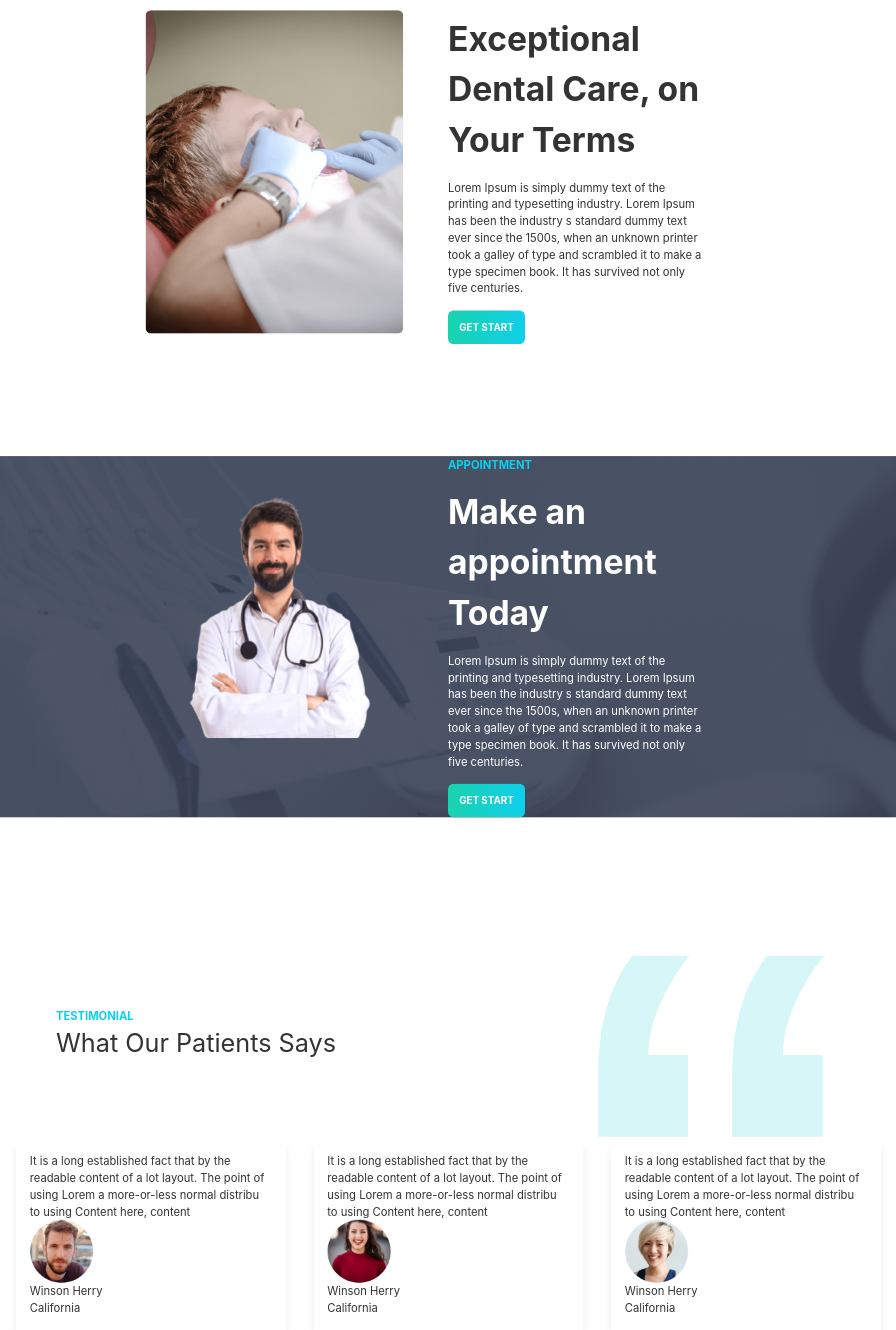
Repository: shikubro90/doctorsportal
Page: /
An editor plug-in stored every save of this project. The page is shown before and after a run of saves, followed by the edit.
The browser window is 1280 px wide. The pictures show the part of the page from y = 1792 to 3712 px (the page is 3692 px tall before and 3712 px after), at 70% of full size.
The project was rebuilt for these pictures with package versions that can differ from the ones it lists, and the page was loaded fresh each time. Also part of the build but not shown: src/App.css, src/Pages/About/About.jsx.

Above is the page before, as saved 2022-10-02 10:07:35.

### src/App.js
import { Route, Routes } from 'react-router-dom';
import './App.css';
import About from './Pages/About/About';
import Home from './Pages/Home/Home';
import Navbar from './Shared/Navbar';

function App() {
  return (
    <div className="App">
      <Navbar/>
      <Routes>
        <Route path='/' element={<Home/>}/>
        <Route path='/home' element={<Home/>}/>
        <Route path='/about' element={<About/>}/>
      </Routes>
    </div>
  );
}

export default App;

### src/Pages/Home/Home.jsx
import React from 'react'
import AppointmentSection from './AppointmentSection'
import Banner from './Banner'
import BasicInfo from './BasicInfo'
import ServiceSection from './ServiceSection'
import TestimonialSection from './TestimonialSection'

const Home = () => {
  return (
    <div>
      <Banner />
      <BasicInfo/>
      <ServiceSection/>
      <AppointmentSection/>
      <TestimonialSection/>
    </div>
  )
}

export default Home

### src/Shared/Navbar.jsx
import React from 'react'
import { Link } from 'react-router-dom'

const Navbar = () => {
  return (
    <div className="px-20">
      <div className="navbar bg-base-100">
        <div className="navbar-start">
          <div className="dropdown">
            <label tabIndex={0} className="btn btn-ghost lg:hidden">
              <svg
                xmlns="http://www.w3.org/2000/svg"
                className="h-5 w-5"
                fill="none"
                viewBox="0 0 24 24"
                stroke="currentColor"
              >
                <path
                  strokeLinecap="round"
                  strokeLinejoin="round"
                  strokeWidth="2"
                  d="M4 6h16M4 12h8m-8 6h16"
                />
              </svg>
            </label>
            <ul
              tabIndex={0}
              className="menu menu-compact dropdown-content mt-3 p-2 shadow bg-base-100 rounded-box w-52"
            >
              <li>
                <Link to="/home">Home</Link>
              </li>
              <li>
                <Link to="/about">About</Link>
              </li>
              <li>
                <Link to="/appointment">Appointment</Link>
              </li>
              <li>
                <Link to="/review">Reviews</Link>
              </li>
              <li>
                <Link to="/contact">Contact Us</Link>
              </li>
              <li>
                <Link to="/contact">Login</Link>
              </li>
            </ul>
          </div>
          <Link to="/" className='btn btn-ghost normal-case text-xl'>Doctors Portal</Link>
        </div>

        <div className="navbar-center hidden lg:flex">

          <ul className="menu menu-horizontal p-0 pl-20">
            <li>
              <Link to="/home">Home</Link>
            </li>
            <li>
              <Link to="/about">About</Link>
            </li>
            <li>
              <Link to="/appointment">Appointment</Link>
            </li>
            <li>
              <Link to="/review">Reviews</Link>
            </li>
            <li>
              <Link to="/contact">Contact Us</Link>
            </li>
            <li>
              <Link to="/contact">Login</Link>
            </li>
          </ul>

        </div>

      </div>

    </div>
  )
}

export default Navbar

### src/Pages/Home/AppointmentSection.jsx
import React from 'react'
import AppointmentCard from './AppointmentCard'

import { appointment } from '../../assets/resourse/Resourse.js'

const AppointmentSection = () => {
  return (
    <div>
      {appointment.map(
        ({ id, image, title, desc, style, button_text, shortTitle }) => {
          return (
            <AppointmentCard
              key={id}
              image={image}
              title={title}
              desc={desc}
              style={style}
              button_text={button_text}
              shortTitle={shortTitle}
            />
          )
        },
      )}
    </div>
  )
}

export default AppointmentSection

### src/Pages/Home/Banner.jsx
import React from 'react'
import heroImage from '../../assets/images/chair.png'
import ButtonPrimary from '../../Shared/ButtonPrimary'
import bg from '../../assets/images/bg.png'

function Banner() {
  return (
    <div>
      <div
        className="hero min-h-screen"
        style={{ background: `url(${bg})`, backgroundSize: 'cover' }}
      >
        <div className="hero-content flex flex-col lg:flex-row-reverse">
          <img
            src={heroImage}
            className="max-w-lg rounded-lg shadow-2xl"
            alt="bannerImage"
          />
          <div className="px-6">
            <h1 className="text-5xl font-bold uppercase">
              Your New Smile Starts Here
            </h1>
            <p className="py-6 ">
              Provident cupiditate voluptatem et in. Quaerat fugiat ut assumenda
              excepturi exercitationem quasi. In deleniti eaque aut repudiandae
              et a id nisi.
            </p>
            <ButtonPrimary>{'Get Started'}</ButtonPrimary>
          </div>
        </div>
      </div>
    </div>
  )
}

export default Banner

### src/Pages/Home/BasicInfo.jsx
import MiniCard from './MiniCard'
import { miniCard } from '../../assets/resourse/Resourse.js'

const BasicInfo = () => {
  return (
    <div className="flex items-center justify-center gap-5 px-5">
      {miniCard.map(({ id, icon, title, style, disc }) => {
        return (
          <MiniCard
            key={id}
            icon={icon}
            title={title}
            style={style}
            disc={disc}
          />
        )
      })}
    </div>
  )
}

export default BasicInfo

### src/Pages/Home/ServiceSection.jsx
import MiniServiceCard from './MiniServiceCard'
import { serviceMiniCard } from '../../assets/resourse/Resourse'

const ServiceSection = () => {
  return (
    <div className="serviceWrapp pt-40">
      <div className="flex items-center justify-center flex-col">
        <p className="text-primary font-bold uppercase">Our Service</p>
        <h2 className="text-3xl my-5">Service We Provide</h2>
      </div>
      <div className="flex items-center justify-center px-5 gap-5">
        {serviceMiniCard.map(({ id, icon, title, disc, style }) => {
          return (
            <MiniServiceCard
              key={id}
              icon={icon}
              title={title}
              disc={disc}
              style={style}
            />
          )
        })}
      </div>
    </div>
  )
}

export default ServiceSection

### src/Pages/Home/TestimonialSection.jsx
import React from 'react'
import TestimonialCard from './TestimonialCard'
import quote from '../../assets/icons/quote.svg'
import { testimonial } from '../../assets/resourse/Resourse.js'

const TestimonialSection = () => {
  return (
    <div className="testimonial">
      <div className="testimonialWrap">
        <div className="content">
          <div className="header flex items-center justify-between px-20">
            <div className="header_left">
              <div className="shortTitle uppercase text-primary font-bold">
                Testimonial
              </div>
              <div className="text-[36px]">What Our Patients Says</div>
            </div>
            <div className="header_right">
              <img src={quote} alt="quote" />
            </div>
          </div>
          <div className="body flex items-center justify-center gap-10">
            {testimonial.map(({ id, title, image, name, country, desc }) => {
              return (
                <TestimonialCard
                  key={id}
                  title={title}
                  image={image}
                  name={name}
                  country={country}
                  desc={desc}
                />
              )
            })}
          </div>
        </div>
      </div>
    </div>
  )
}

export default TestimonialSection

### src/Pages/Home/AppointmentCard.jsx
import ButtonPrimary from '../../Shared/ButtonPrimary'


const AppointmentCard = (props) => {

  const { image, title, desc, style, button_text, shortTitle } = props

  return (
    <section className={`my-[160px]`} style={{background: `url(${style})`}}>
      <div className={`wrapper flex items-center px-52 ${style}`}>
        <div className="image flex-1">
          <img className={`rounded-lg ${style && "mt-[-60px]"}`} src={image} alt="bannerImage" />
        </div>
        <div className="details flex-1 flex justify-center flex-col px-16 gap-5">
          <div className="shortTitle uppercase text-primary font-bold">{shortTitle}</div>
          <div className={`title font-bold text-[48px] ${style && "text-white"}`}>{title}</div>
          <div className={`desc ${style && "text-white"}`}>{desc}</div>
          <ButtonPrimary>{button_text}</ButtonPrimary>
        </div>
      </div>
    </section>
  )
}

export default AppointmentCard

### src/assets/resourse/Resourse.js
import clock from '../icons/clock.svg'
import marker from '../icons/marker.svg'
import phone from '../icons/phone.svg'

import cavity from '../images/cavity.png'
import fluorid from '../images/fluoride.png'
import whitening from '../images/whitening.png'

import doctor from '../images/doctor-small.png'
import treatment from '../images/treatment.png'

import bgImage from '../images/appointment.png'


import people1 from '../images/people1.png'
import people2 from '../images/people2.png'
import people3 from '../images/people3.png'

export const miniCard = [
  {
    id: 0,
    icon: clock,
    title: 'Opening Hours',
    disc: 'Lorem Ipsum is simply dummy text of the pri',
    style: 'bg-gradient-to-r from-secondary to-primary text-white',
  },

  {
    id: 1,
    icon: marker,
    title: 'Visit our location',
    disc: 'Lorem Ipsum is simply dummy text of the pri',
    style: 'bg-[#3A4256] text-white',
  },

  {
    id: 2,
    icon: phone,
    title: 'Contact us now',
    disc: 'Lorem Ipsum is simply dummy text of the pri',
    style: 'bg-gradient-to-r from-secondary to-primary text-white',
  },
]

export const serviceMiniCard = [
  {
    id: 0,
    icon: cavity,
    title: 'Fluoride Treatment',
    disc:
      'Lorem Ipsum is simply dummy printing and typesetting indust Ipsum has been the',
    style: '',
  },
  {
    id: 1,
    icon: fluorid,
    title: 'Cavity Filling',
    disc:
      'Lorem Ipsum is simply dummy printing and typesetting indust Ipsum has been the',
    style: '',
  },
  {
    id: 2,
    icon: whitening,
    title: 'Teeth Whitening',
    disc:
      'Lorem Ipsum is simply dummy printing and typesetting indust Ipsum has been the',
    style: '',
  },
]

export const appointment = [
  {
    id: 0,
    image: treatment,
    title: 'Exceptional Dental Care, on Your Terms',
    desc:
      'Lorem Ipsum is simply dummy text of the printing and typesetting industry. Lorem Ipsum has been the industry s standard dummy text ever since the 1500s, when an unknown printer took a galley of type and scrambled it to make a type specimen book. It has survived not only five centuries.',
    button_text: 'Get Start',
    style: '',
  },
  {
    id: 1,
    image: doctor,
    shortTitle: 'Appointment',
    title: 'Make an appointment Today',
    desc:
      'Lorem Ipsum is simply dummy text of the printing and typesetting industry. Lorem Ipsum has been the industry s standard dummy text ever since the 1500s, when an unknown printer took a galley of type and scrambled it to make a type specimen book. It has survived not only five centuries.',
    button_text: 'Get Start',
    style: bgImage,
  },
]

export const testimonial = [
    {
        id : 0,
        desc : "It is a long established fact that by the readable content of a lot layout. The point of using Lorem a more-or-less normal distribu to using Content here, content",
        image : people1,
        name : "Winson Herry",
        country : "California"
    },
    {
        id : 1,
        desc : "It is a long established fact that by the readable content of a lot layout. The point of using Lorem a more-or-less normal distribu to using Content here, content",
        image : people2,
        name : "Winson Herry",
        country : "California"
    },
    {
        id : 2,
        desc : "It is a long established fact that by the readable content of a lot layout. The point of using Lorem a more-or-less normal distribu to using Content here, content",
        image : people3,
        name : "Winson Herry",
        country : "California"
    },
]

### src/Shared/ButtonPrimary.jsx
function ButtonPrimary({ children }) {

  return (
    <div>
      <button className={`btn bg-gradient-to-r from-secondary to-primary border-none font-bold text-white`}>
        {children}
      </button>
    </div>
  )
}

export default ButtonPrimary

### src/Pages/Home/MiniCard.jsx
const MiniCard = (props) => {
  const { icon, title, style, disc } = props
  return (
    <div
      className={`card card-side bg-base-100 shadow-xl flex items-center justify-center px-4 ${style}`}
    >
      <div className="">
        <img src={icon} alt="icon" />
      </div>
      <div className="card-body">
        <h2 className="card-title">{title}</h2>
        <p>{disc}</p>
      </div>
    </div>
  )
}

export default MiniCard

### src/Pages/Home/MiniServiceCard.jsx
const MiniServiceCard = (props) => {
  const { icon, title, disc } = props
  return (
    <div className="cardWrapper flex flex-col items-center justify-center p-6 py-20  gap-5 shadow-lg rounded-lg">
      <div className="icon">
        <img src={icon} alt="" />
      </div>
      <div className="title">{title}</div>
      <div className="desc text-center px-16">{disc}</div>
    </div>
  )
}

export default MiniServiceCard

### src/Pages/Home/TestimonialCard.jsx
import React from 'react'

const TestimonialCard = (props) => {
    const {desc,image, name, country} = props
  return (
    <div className='mainCard w-[385px] shadow-lg p-5'>
        <div className="CardBody flex flex-col">
            <div className="desc">
                <p>{desc}</p>
            </div>
            <div className="bio">
                <img src={image} alt="" />
                <div className="info">
                    <h4>{name}</h4>
                    <p>{country}</p>
                </div>
            </div>
        </div>
    </div>
  )
}

export default TestimonialCard

### tailwind.config.js
/** @type {import('tailwindcss').Config} */

module.exports = {
  content: ['./src/**/*.{js,jsx,ts,tsx}'],
  theme: {},
  daisyui: {
    themes: [
      {
        doctorstheme: {
          primary: '#0FCFEC',
          secondary: '#19D3AE',
          accent: '#3A4256',
          neutral: '#3d4451',
          'base-100': '#ffffff',
        },
      },
      'light',
      'cupcake',
    ],
  },
  plugins: [require('daisyui')],
}

Loaded but not shown: public/index.html (common file); src/index.js (common file); src/index.css (common file); src/reportWebVitals.js (common file)

After the next 3 saves:
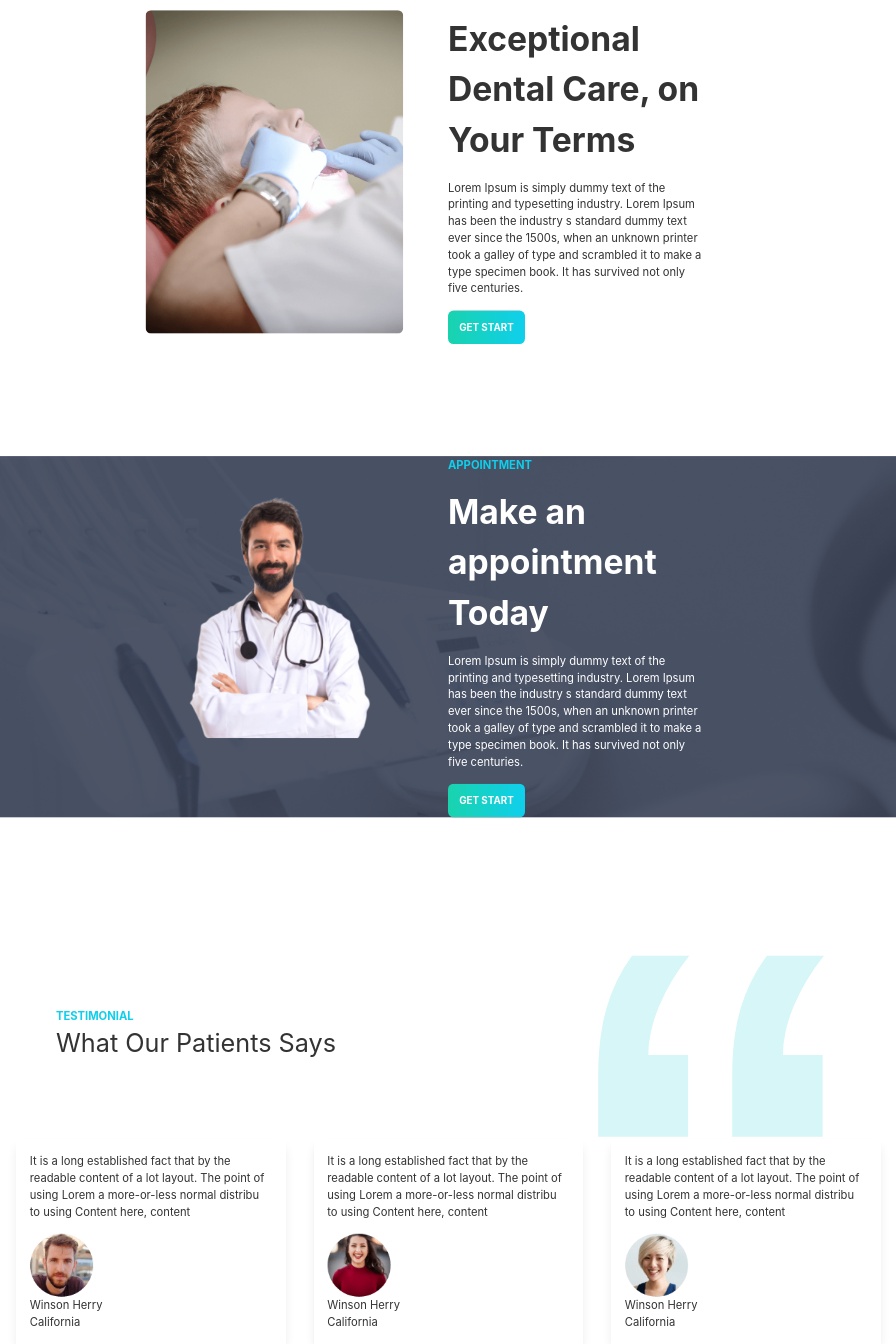
The 3 saves are shown as one change because they came seconds apart.
The last was saved 57 s later.
--- a/src/Pages/Home/TestimonialCard.jsx
+++ b/src/Pages/Home/TestimonialCard.jsx
@@ -4,7 +4,7 @@
     const {desc,image, name, country} = props
   return (
     <div className='mainCard w-[385px] shadow-lg p-5'>
-        <div className="CardBody flex flex-col">
+        <div className="CardBody flex flex-col gap-5">
             <div className="desc">
                 <p>{desc}</p>
             </div>

After the save that followed:
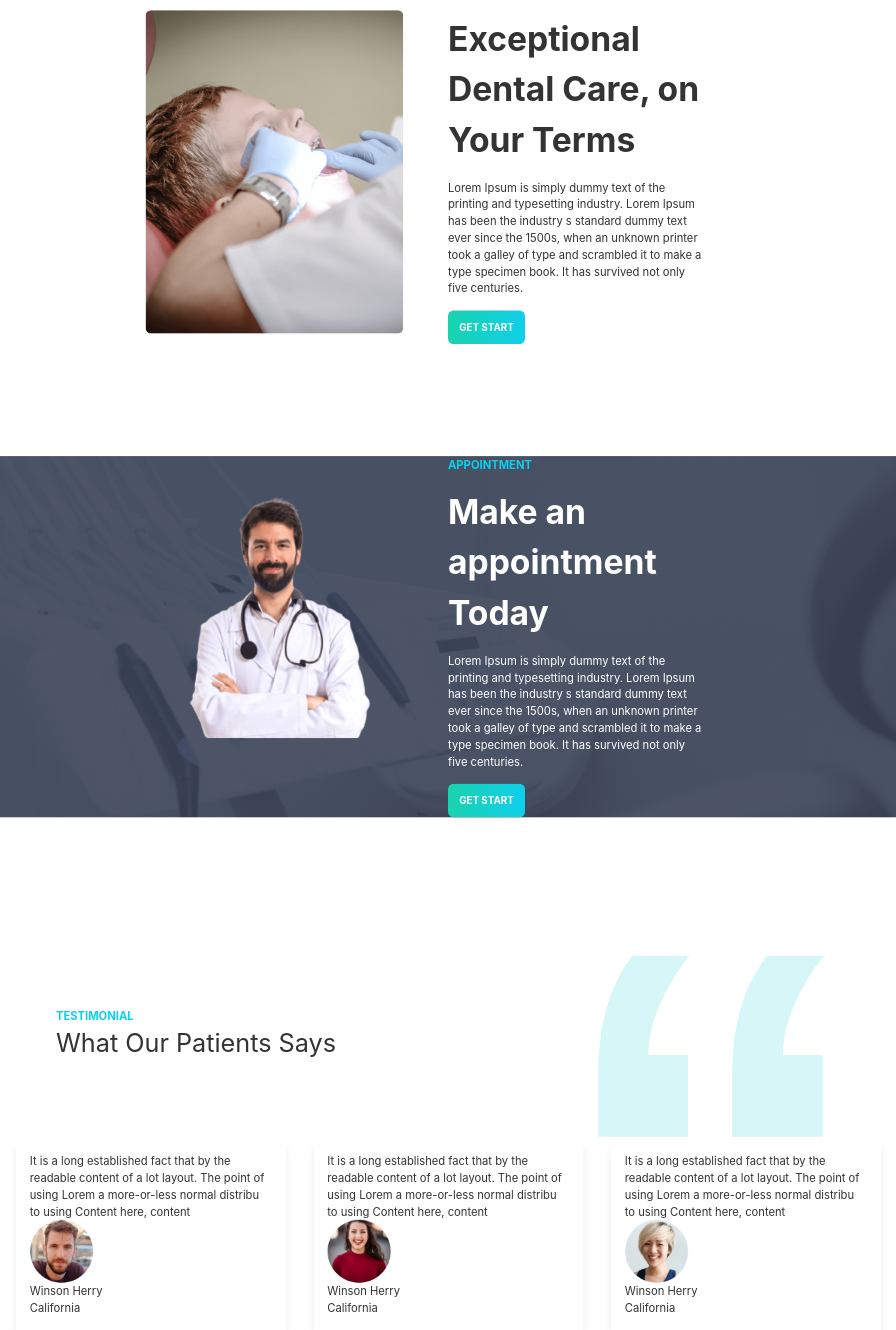
Saved 29 s later.
--- a/src/Pages/Home/TestimonialCard.jsx
+++ b/src/Pages/Home/TestimonialCard.jsx
@@ -4,7 +4,7 @@
     const {desc,image, name, country} = props
   return (
     <div className='mainCard w-[385px] shadow-lg p-5'>
-        <div className="CardBody flex flex-col gap-5">
+        <div className="CardBody flex flex-col gap-[5]">
             <div className="desc">
                 <p>{desc}</p>
             </div>
